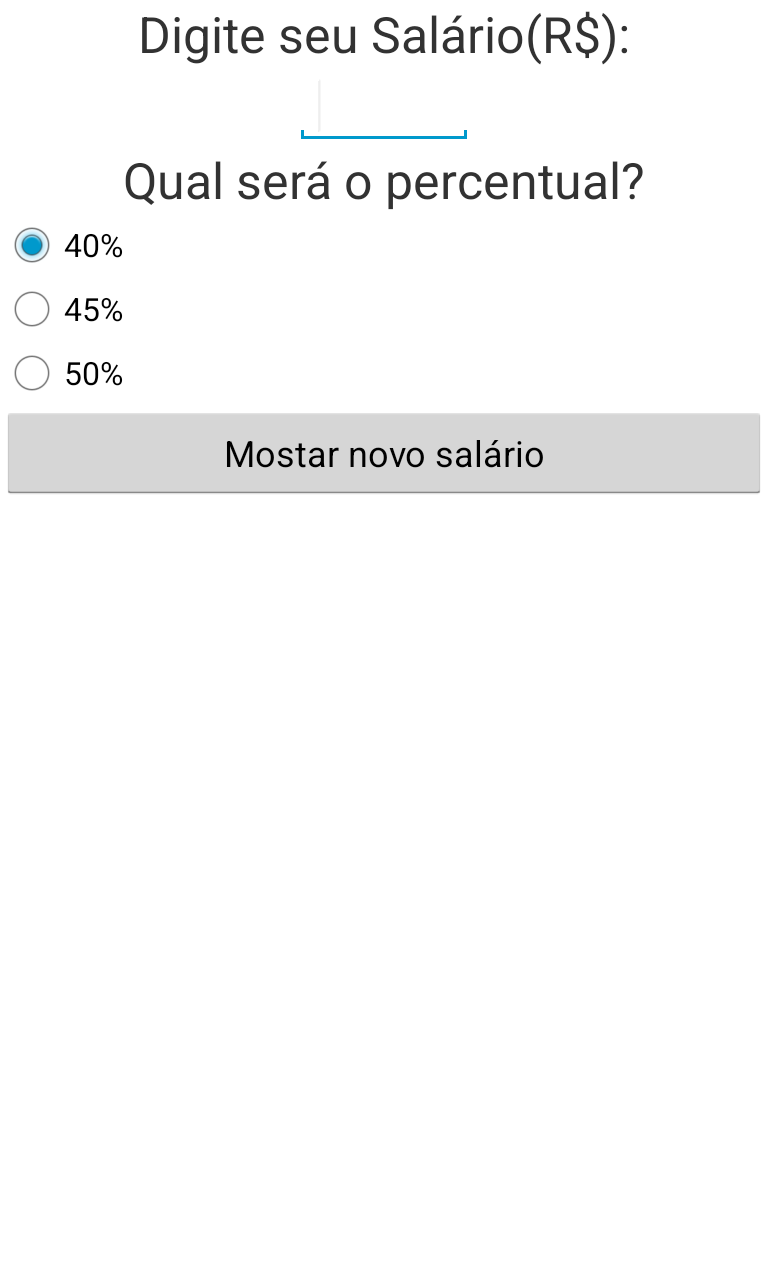
Repository: Rennanxp2/Android_Exercices_done
Layout: Exercícios Android 2/Ex3/res/layout/activity_salario.xml
These files come from the project's save history. The layout is drawn as it stood at one moment and after the next save; the edit follows.
It is drawn on a 768 x 1280 px phone screen (xhdpi) without system bars, with theme AppTheme; the app's code is not run.

Above is the layout before, as saved 2017-09-26 14:32:22.

### Exercícios Android 2/Ex3/res/layout/activity_salario.xml
<LinearLayout xmlns:android="http://schemas.android.com/apk/res/android"
    xmlns:tools="http://schemas.android.com/tools"
    android:id="@+id/LinearLayout1"
    android:layout_width="match_parent"
    android:layout_height="match_parent"
    android:orientation="vertical"
    tools:context="${relativePackage}.${activityClass}" >

    <LinearLayout
        android:layout_width="match_parent"
        android:layout_height="wrap_content"
        android:gravity="center" >

        <TextView
            android:id="@+id/textView1"
            android:layout_width="wrap_content"
            android:layout_height="wrap_content"
            android:layout_gravity="center"
            android:text="Digite seu Salário(R$):"
            android:textSize="25dp" />
    </LinearLayout>

    <LinearLayout
        android:layout_width="match_parent"
        android:layout_height="wrap_content"
        android:gravity="center" >

        <EditText
            android:id="@+id/editSalario"
            android:layout_width="90dp"
            android:layout_height="wrap_content"
            android:ems="10" >

            <requestFocus />
        </EditText>
    </LinearLayout>

    <LinearLayout
        android:layout_width="match_parent"
        android:layout_height="wrap_content"
        android:gravity="center" >

        <TextView
            android:id="@+id/textView2"
            android:layout_width="wrap_content"
            android:layout_height="wrap_content"
            android:layout_gravity="center"
            android:text="Qual será o percentual?"
            android:textSize="25dp" />
    </LinearLayout>

    <RadioGroup
        android:id="@+id/radioGroup1"
        android:layout_width="wrap_content"
        android:layout_height="wrap_content" >

        <RadioButton
            android:id="@+id/radio1"
            android:layout_width="wrap_content"
            android:layout_height="wrap_content"
            android:checked="true"
            android:text="40%" />

        <RadioButton
            android:id="@+id/radio2"
            android:layout_width="wrap_content"
            android:layout_height="wrap_content"
            android:text="45%" />

        <RadioButton
            android:id="@+id/radio3"
            android:layout_width="wrap_content"
            android:layout_height="wrap_content"
            android:text="50%" />
    </RadioGroup>

    <Button
        android:id="@+id/botao"
        android:layout_width="match_parent"
        android:layout_height="wrap_content"
        android:text="Mostar novo salário"
        android:onClick="Calcular" />

    <TextView
        android:id="@+id/reajuste"
        android:layout_width="match_parent"
        android:layout_height="wrap_content"
        android:gravity="center"
        android:textSize="25dp"
        android:text="" />

    <TextView
        android:id="@+id/resultado"
        android:layout_width="match_parent"
        android:layout_height="wrap_content"
        android:gravity="center"
        android:textSize="25dp"
        android:text="" />

</LinearLayout>

Loaded but not shown: Exercícios Android 2/Ex3/res/values/styles.xml (common file); Exercícios Android 2/Ex3/res/values-v11/styles.xml (common file); Exercícios Android 2/Ex3/res/values-v14/styles.xml (common file)

After the next save:
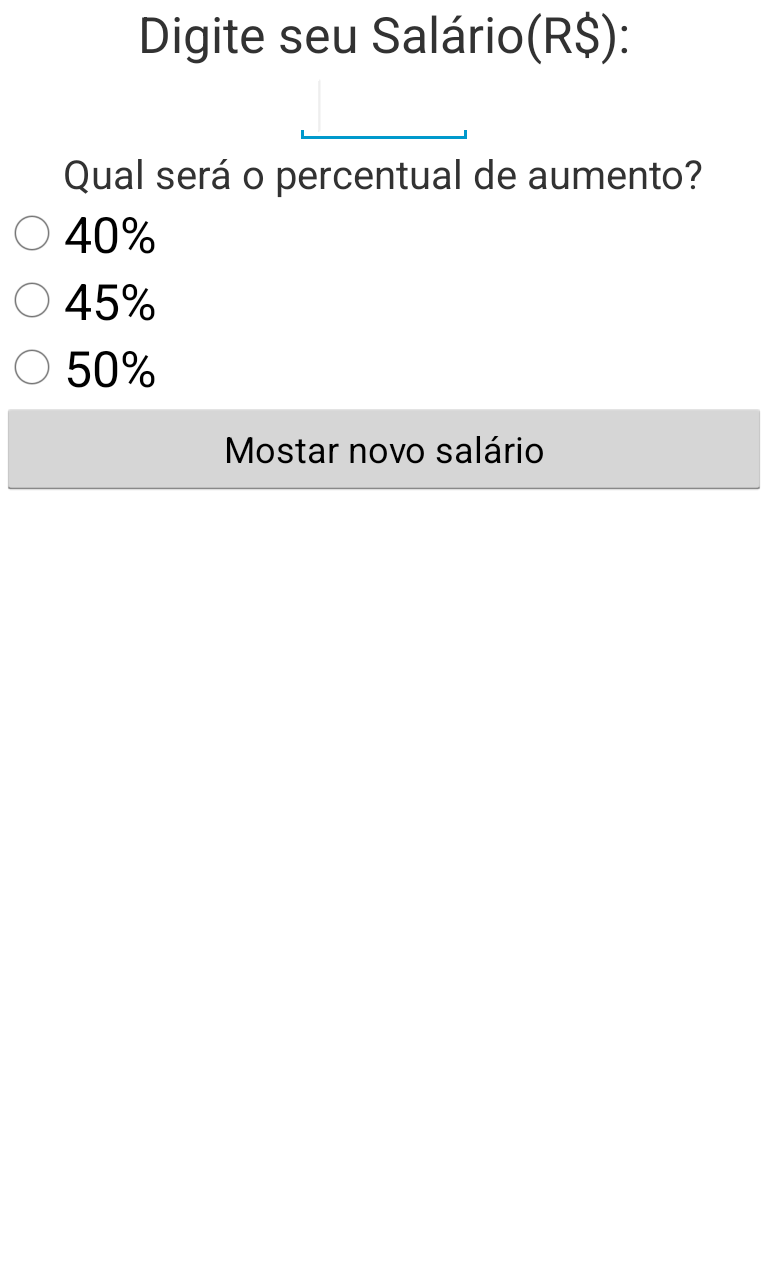
Saved 5 s later.
--- a/Exercícios Android 2/Ex3/res/layout/activity_salario.xml
+++ b/Exercícios Android 2/Ex3/res/layout/activity_salario.xml
@@ -45,8 +45,8 @@
             android:layout_width="wrap_content"
             android:layout_height="wrap_content"
             android:layout_gravity="center"
-            android:text="Qual será o percentual?"
-            android:textSize="25dp" />
+            android:text="Qual será o percentual de aumento?"
+            android:textSize="20dp" />
     </LinearLayout>
 
     <RadioGroup
@@ -58,20 +58,22 @@
             android:id="@+id/radio1"
             android:layout_width="wrap_content"
             android:layout_height="wrap_content"
-            android:checked="true"
-            android:text="40%" />
+            android:text="40%"
+            android:textSize="25dp" />
 
         <RadioButton
             android:id="@+id/radio2"
             android:layout_width="wrap_content"
             android:layout_height="wrap_content"
-            android:text="45%" />
+            android:text="45%"
+            android:textSize="25dp" />
 
         <RadioButton
             android:id="@+id/radio3"
             android:layout_width="wrap_content"
             android:layout_height="wrap_content"
-            android:text="50%" />
+            android:text="50%"
+            android:textSize="25dp" />
     </RadioGroup>
 
     <Button
